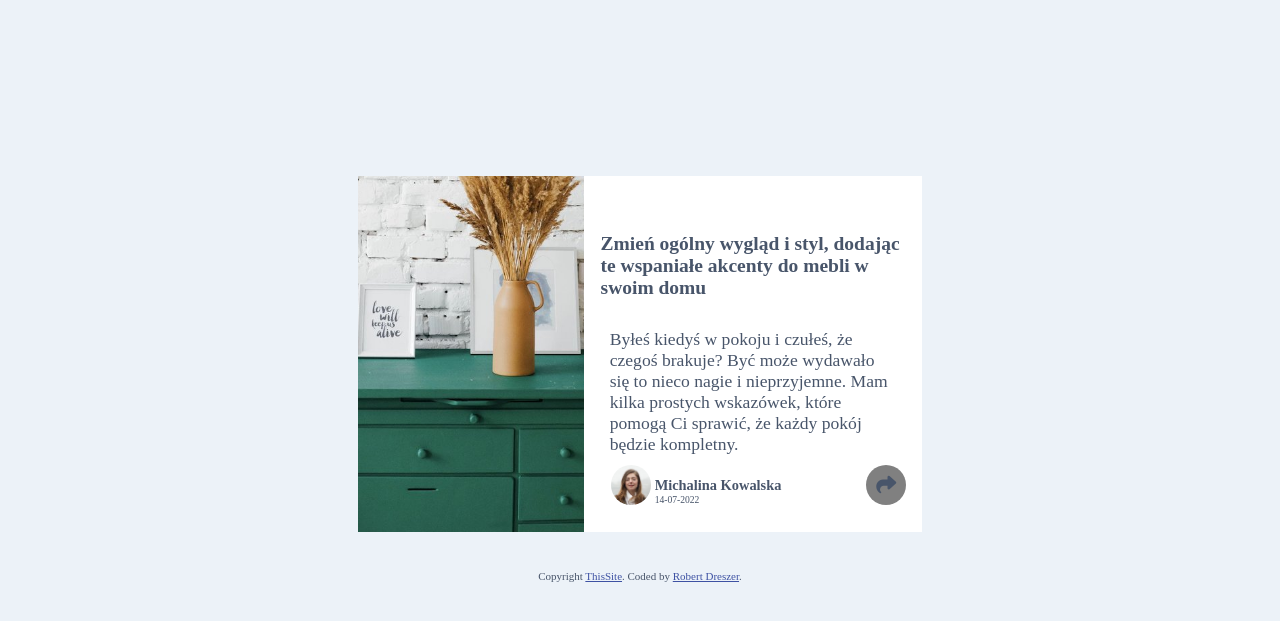
Repository: RobertDsr/komponent-podgl-du-produktu
Page: index.html
These files come from the project's save history. The page is drawn as it stood at one moment and after a run of saves; the edit follows.
The browser window is 1280 px wide. The pictures show the whole page.
Some web libraries are served in a nearby version. The style sheet was rebuilt from its Sass, Less or Tailwind sources for each picture, by a compiler version that may differ from the author's.

Above is the page before, as saved 2022-07-14 14:30:18.

### index.html
<!DOCTYPE html>
<html lang="pl">

<head>
  <meta charset="UTF-8">
  <meta name="viewport" content="width=device-width, initial-scale=1.0">
  <!-- displays site properly based on user's device -->

  <link rel="icon" type="image/png" sizes="32x32" href="./images/favicon-32x32.png">

  <script src="https://kit.fontawesome.com/f1983936fd.js" crossorigin="anonymous"></script>

  <title>Article preview component</title>

  <link rel="stylesheet" href="./design/css/main.min.css">
</head>

<body>

  <div class="wrapper">
    <div class="columns">
      <div class="columnLeft"></div>
      <div class="columnRight">
        <section class="articleDescription">
          <h1 class="Title">Zmień ogólny wygląd i styl, dodając te wspaniałe akcenty do mebli w swoim domu</h1>
          <p>Byłeś kiedyś w pokoju i czułeś, że czegoś brakuje? Być może wydawało się to nieco nagie i nieprzyjemne. Mam
            kilka prostych wskazówek, które pomogą Ci sprawić, że każdy pokój będzie kompletny.</p>
          <div class="author">
            <img src="./images/avatar-michelle.jpg" alt="Michelle" class="imgAuthor">
            <div class="divAuthorName">
              <h2 class="authorName">Michalina Kowalska</h2>
              <time datetime="2022-07-14">14-07-2022</time>
            </div>
            <div class="socialMedia">
              <i class="fa-solid fa-share"></i>
              <div class="popup">
                <div class="mediaWrapper">
                  <h3>share</h3>
                  <img class="img1" src="./images/icon-facebook.svg" alt="ikona facebooka">
                  <img class="img2" src="./images/icon-twitter.svg" alt="ikona twittera">
                  <img class="img3" src="./images/icon-pinterest.svg" alt="ikona pinteresta">
                </div>
              </div>
            </div>
          </div>
        </section>
      </div>
    </div>
    <footer>
      <div class="attribution">
        Copyright <a href="https://robertdreszer.pl/" target="_blank">ThisSite</a>.
        Coded by <a href="https://robertdreszer.pl/">Robert Dreszer</a>.
      </div>
    </footer>
  </div>
</body>

</html>

### design/scss/main.scss
* {
    box-sizing: border-box;
    margin: 0;
    padding: 0;
    --Very-Dark-Grayish-Blue: hsl(217, 19%, 35%);
    --Desaturated-Dark-Blue: hsl(214, 17%, 51%);
    --Grayish-Blue: hsl(212, 23%, 69%);
    --Light-Grayish-Blue: hsl(210, 46%, 95%);
}

body {
    font-size: 13px;
    color: var(--Very-Dark-Grayish-Blue);
}


.wrapper {
    align-items: center;
    background-color: var(--Light-Grayish-Blue);
    display: flex;
    flex-direction: column;
    justify-content: center;
    min-height: 100vh;
    min-width: 100vw;
    max-width: 1440px;
    overflow: hidden;
}

.columns {
    display: flex;
    padding: 3%;
    // justify-content: space-around;
    width: 50%;
}

.columnLeft {
    background: url(../../images/drawers.jpg) center/cover;
    width: 40%;
}

.columnRight {
    background-color: #fff;
    padding: 10% 3% 3%;
    width: 60%;
}

.title {
    font-size: 1.45rem;
}

.articleDescription p {
    font-size: 1.1rem;
    padding: 10% 3% 0;
}

.author {
    display: grid;
    grid-template-columns: 14% 76% 10%;
    padding: 10px;
    align-items: flex-end;
}

.imgAuthor {
    width: 40px;
    height: 40px;
    border-radius: 50%;
}

.divAuthorName {
    font-size: 0.6rem;
    padding-left: 2%;
}

.socialMedia {
    display: flex;
    background-color: gray;
    border-radius: 50%;
    width: 40px;
    height: 40px;
    justify-content: center;
    align-items: center;
}

.fa-share {
    font-size: 20px;
    margin: 0 auto;
}

.popup {
    display: none;
}
.attribution { font-size: 11px; text-align: center; }
.attribution a { color: hsl(228, 45%, 44%); }

After the next 2 saves:
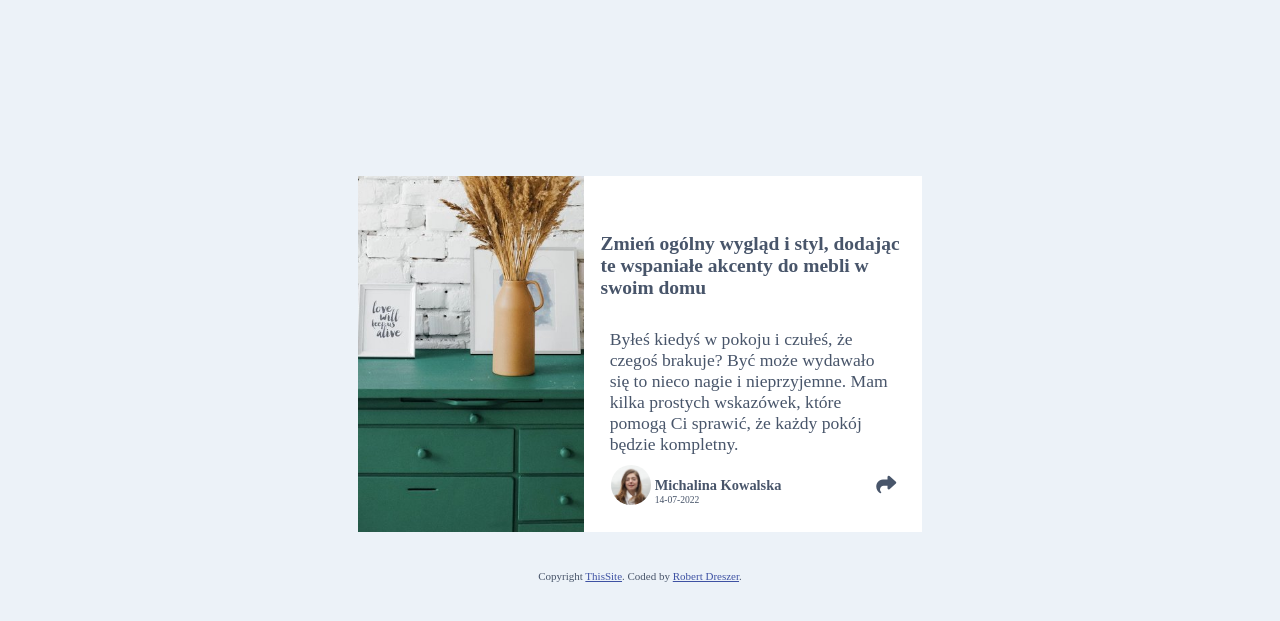
The 2 saves are shown as one change because they came seconds apart.
The last was saved 93 s later.
--- a/design/scss/main.scss
+++ b/design/scss/main.scss
@@ -73,7 +73,7 @@ body {
 
 .socialMedia {
     display: flex;
-    background-color: gray;
+    background-color: var();
     border-radius: 50%;
     width: 40px;
     height: 40px;
